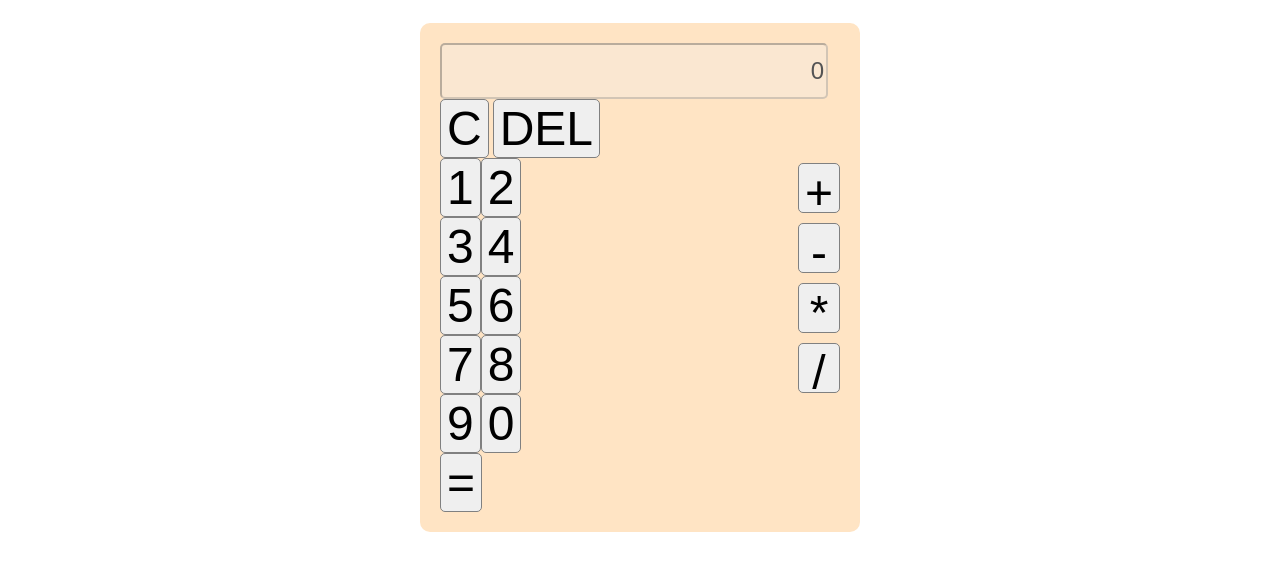
Repository: jaskeat/Calculator
Page: index.html
The author's editor kept a copy of each file at every save. The page is drawn from the files as they stood at one save, then again after the next save.
The browser window is 1280 px wide. The pictures show the whole page.

Above is the page before, as saved 2024-09-05 13:18:04.

### index.html
<!DOCTYPE html>
<html lang="en">
	<head>
		<meta charset="UTF-8" />
		<meta name="viewport" content="width=device-width, initial-scale=1.0" />
		<title>Calculator</title>
		<link rel="stylesheet" href="style.css" />
	</head>
	<body>
		<div class="calculator">
			<div class="display">
				<input type="text" class="display-input" value="0" disabled />
			</div>

			<div class="extrabtn">
				<button class="btn" onclick="clearDisplay()">C</button>
				<button class="btn" onclick="deleteLast()">DEL</button>
			</div>

			<div class="buttons">
				<div class="operators">
					<button class="btn" onclick="append('+')">+</button>
					<button class="btn" onclick="append('-')">-</button>
					<button class="btn" onclick="append('*')">*</button>
					<button class="btn" onclick="append('/')">/</button>
				</div>

				<div class="numbers">
					<button class="btn" onclick="append('1')">1</button>
					<button class="btn" onclick="append('2')">2</button>
					<button class="btn" onclick="append('3')">3</button>
					<button class="btn" onclick="append('4')">4</button>
					<button class="btn" onclick="append('5')">5</button>
					<button class="btn" onclick="append('6')">6</button>
					<button class="btn" onclick="append('7')">7</button>
					<button class="btn" onclick="append('8')">8</button>
					<button class="btn" onclick="append('9')">9</button>
					<button class="btn" onclick="append('0')">0</button>
					<button class="btn" onclick="calculate()">=</button>
				</div>
			</div>
		</div>
		<script src="script.js"></script>
	</body>
</html>

### style.css
body {
	display: flex;
	justify-content: center;
	align-items: center;
}

.calculator {
	width: 400px;
	max-width: 600px;
	height: auto;
	margin: 15px;
	padding: 20px;
	background-color: bisque;
	border-radius: 10px;
}

button {
	border-radius: 5px;
	border: 1px grey solid;
	font-size: 1.3rem;
}

input {
	width: 380px;
	height: 50px;
	font-size: 1.5rem;
	text-align: right;
	border-radius: 5px;
}

.operators {
	display: flex;
	flex-direction: column;
	width: auto;
}

.operators button {
	width: auto;
	height: 50px;
	margin: 5px 0;
}

.numbers {
	display: flex;
	flex-wrap: wrap;
	height: auto;
	width: 100px;
}

.buttons {
	display: flex;
	flex-direction: row-reverse;
	justify-content: space-between;
	font-size: 2rem;
}

.btn {
	font-size: 3rem;
}

Loaded but not shown: script.js (no copy from this time; the picture is the same without it)

After the next save:
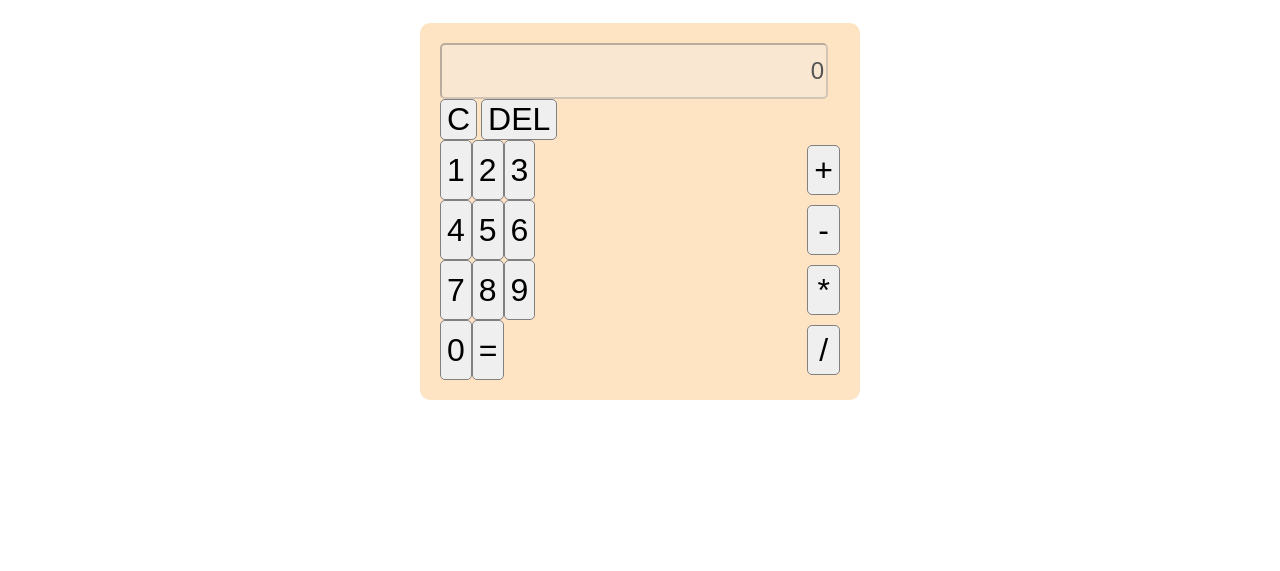
Saved 4 s later.
--- a/style.css
+++ b/style.css
@@ -55,5 +55,5 @@ input {
 }
 
 .btn {
-	font-size: 3rem;
+	font-size: 2rem;
 }
